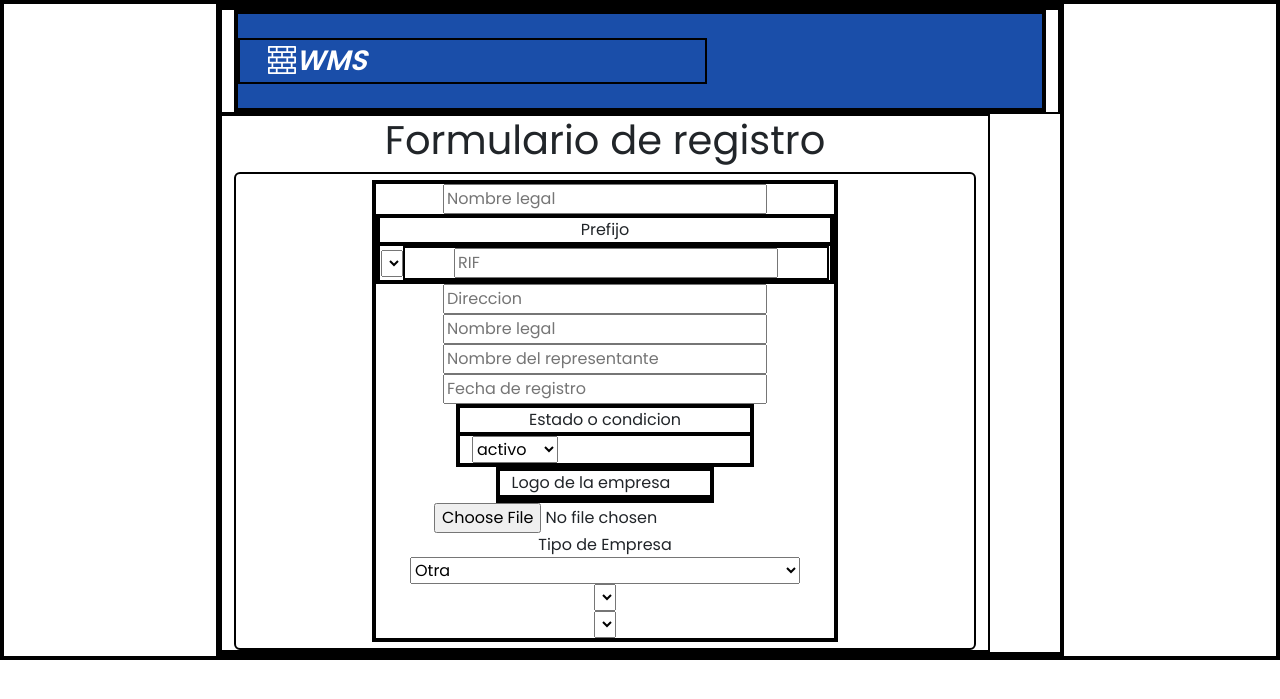
Repository: Rafa-x64/Gestion_inventario_practica
Page: http://localhost/Gestion_inventario/index.php?page=registro-empresa
An editor plug-in stored every save of this project. The page is shown before and after a run of saves, followed by the edit.
The browser window is 1280 px wide. The pictures show the whole page.
The page is run by PHP 8.4 with error messages shown; the project is at /var/www/html/.

Above is the page before, as saved 2025-07-23 17:08:29.

After the next 6 saves:
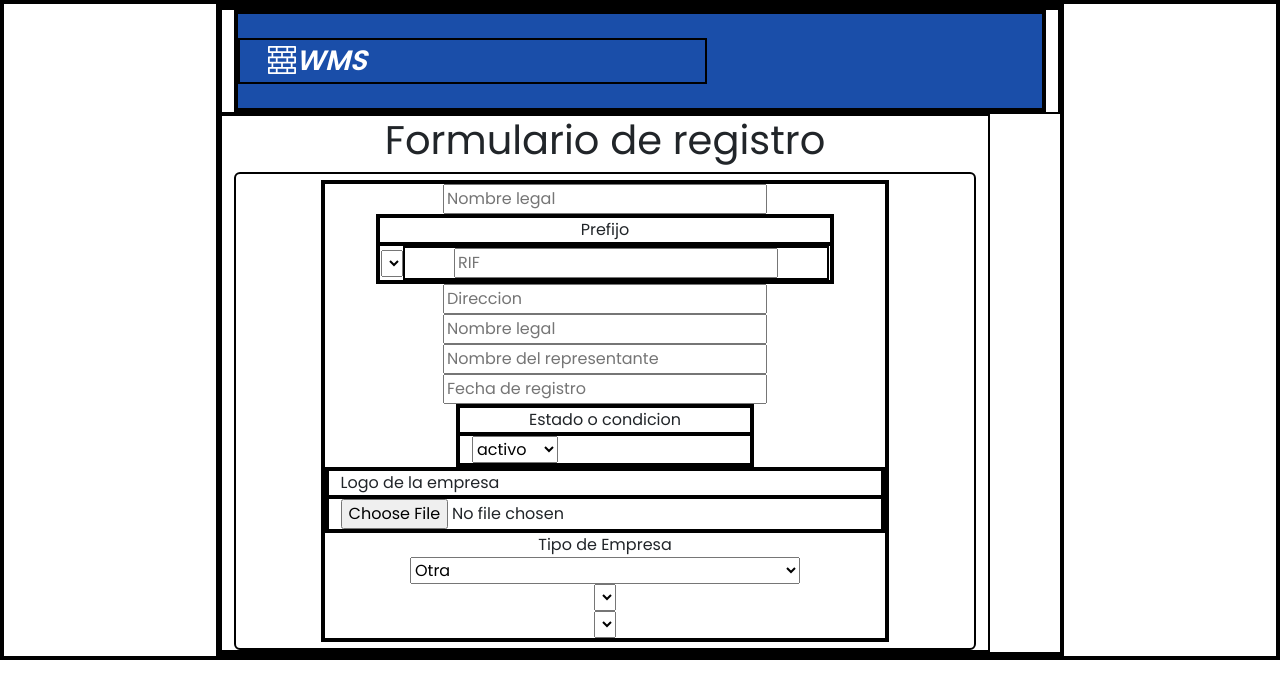
The 6 saves are shown as one change because they came seconds apart.
The last was saved 15 s later.
--- a/view/php/registro-empresa-view.php
+++ b/view/php/registro-empresa-view.php
@@ -62,10 +62,12 @@
                                     </div>
                                 </div>
                                 <div class="row">
-                                    <div class="col-12"><label for="logo">Logo de la empresa</label></div>
-                                    <div class="col-12"></div>
+                                    <div class="col-12">
+                                        <label for="logo">Logo de la empresa</label></div>
+                                    <div class="col-12">
+                                        <input type="file" name="logo" id="logo">
+                                    </div>
                                 </div>
-                                <input type="file" name="logo" id="logo">
                                 <label for="tipo_empresa">Tipo de Empresa</label>
                                 <select name="tipo_empresa" id="tipo_empresa">
                                     <option value="otra">Otra</option>
